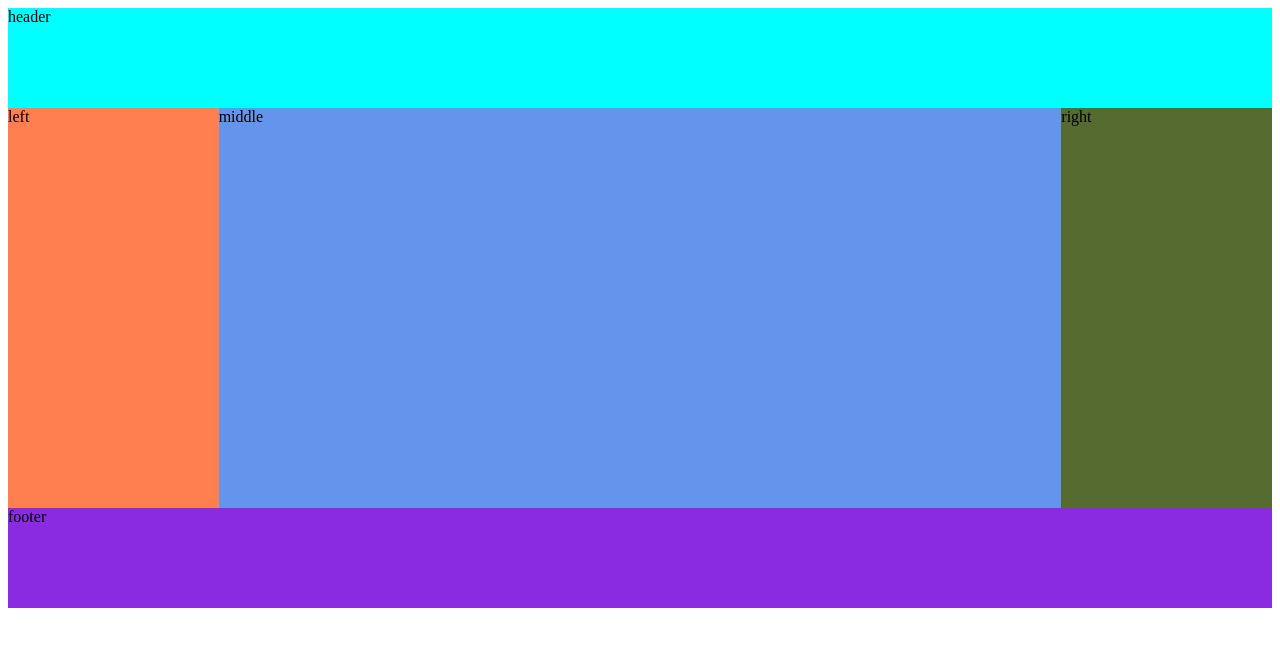
Repository: greden0814/myBlog
Page: /#/pages/myInfo
These files come from the project's save history. The page is drawn as it stood at one moment and after the next save; the edit follows.
The browser window is 1280 px wide. The pictures show the whole page.
The project was rebuilt for these pictures with package versions that can differ from the ones it lists, and the page was loaded fresh each time.

Above is the page before, as saved 2021-07-16 19:42:54.

### index.html
<!DOCTYPE html>
<html>
  <head>
    <meta charset="utf-8">
    <meta name="viewport" content="width=device-width,initial-scale=1.0">
    <title>myblog</title>
  </head>
  <body>
    <div id="app"></div>
    <!-- built files will be auto injected -->
  </body>
</html>

### src/main.js
// The Vue build version to load with the `import` command
// (runtime-only or standalone) has been set in webpack.base.conf with an alias.
import Vue from 'vue'
import App from './App'
import router from './router'
import ElementUI from 'element-ui'
import axios from 'axios'
import 'element-ui/lib/theme-chalk/index.css'

Vue.use(ElementUI)
Vue.config.productionTip = false
Vue.prototype.$axios = axios

/* eslint-disable no-new */
new Vue({
  el: '#app',
  router,
  components: { App },
  template: '<App/>'
})

### src/App.vue
<template>
  <div id="app">
    <!-- <img src="./assets/logo.png"> -->
    <router-view/>
  </div>
</template>

<script>
export default {
  name: 'App'
}
</script>

<style></style>

### src/router/index.js
import Vue from 'vue'
import Router from 'vue-router'

Vue.use(Router)

// const originalPush = Router.prototype.push
// Router.prototype.push = function push(location) {
//   return originalPush.call(this, location).catch(err => err)
// }
export default new Router({
  routes: [
    {
      path: '/',
      name: 'login',
      component: () => import('@/views/login')
    }, {
      path: '/pages/indexPage',
      name: 'myblog',
      component: () => import('@/views/indexPage')
    }, {
      path: '/pages/myInfo',
      name: 'myInfo',
      component: () => import('@/views/myInfo')
    },{
      path: '/pages/tableManage',
      name: 'tableManage',
      component: () => import('@/views/tableManage')
    }
  ]
})

### src/views/myInfo/index.vue
<template>
  <div class="myInfo">
    <div class="header">header</div>
    <div class="body">
      <div class="left">left</div>
      <div class="middle">middle</div>
      <div class="right">right</div>
    </div>
    <div class="footer">footer</div>
  </div>
</template>
<script>
export default {
  data() {
    return {};
  },
};
</script>
<style lang="less" scoped>
.myInfo {
  .header {
    height: 100px;
    background-color: aqua;
  }
  .body {
    display: flex;
    height: 400px;
    .left {
      background-color: coral;
      flex: 2;
    }
    .middle {
      background-color: cornflowerblue;
      flex: 8;
    }
    .right {
      background-color: darkolivegreen;
      flex: 2;
    }
  }
  .footer {
    height: 100px;
    background-color: blueviolet;
  }
}
</style>

After the next save:
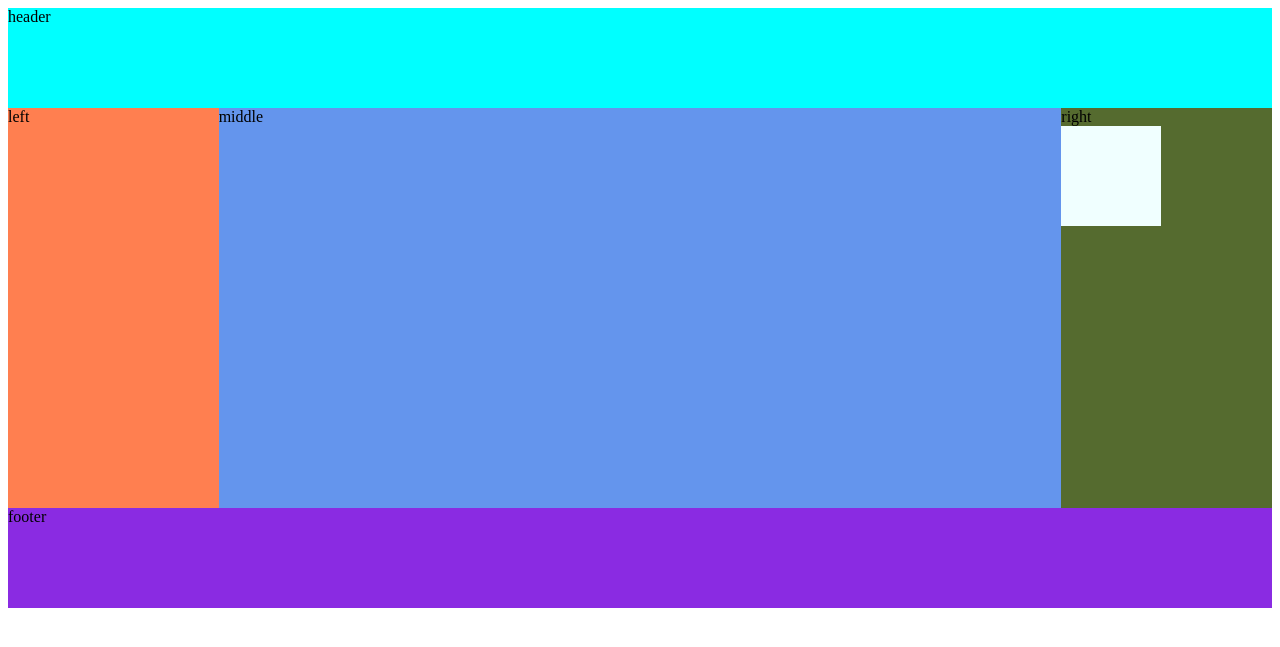
Saved 64 s later.
--- a/src/views/myInfo/index.vue
+++ b/src/views/myInfo/index.vue
@@ -4,7 +4,9 @@
     <div class="body">
       <div class="left">left</div>
       <div class="middle">middle</div>
-      <div class="right">right</div>
+      <div class="right">right
+        <div class="pic"></div>
+      </div>
     </div>
     <div class="footer">footer</div>
   </div>
@@ -36,6 +38,11 @@ export default {
     .right {
       background-color: darkolivegreen;
       flex: 2;
+      .pic {
+        width: 100px;
+        height: 100px;
+        background-color: azure;
+      }
     }
   }
   .footer {
